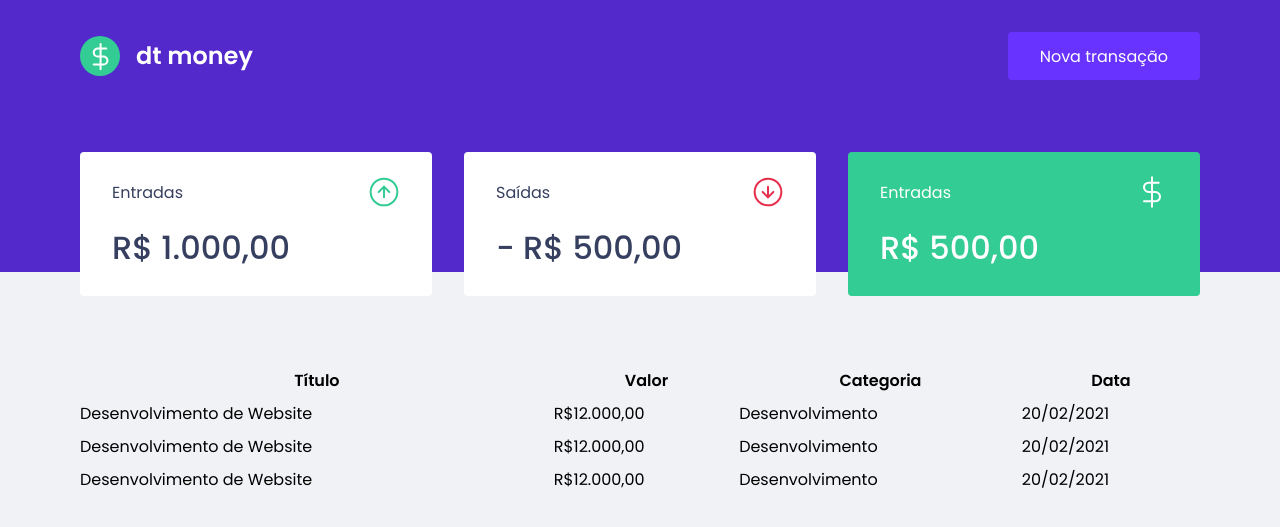
Repository: lucaslopesdevv/dtmoney
Page: /
The author's editor kept a copy of each file at every save. The page is drawn from the files as they stood at one save, then again after the next save.
The browser window is 1280 px wide. The pictures show the whole page.
The project was rebuilt for these pictures with package versions that can differ from the ones it lists, and the page was loaded fresh each time.

Above is the page before, as saved 2021-12-06 22:04:31.

### public/index.html
<!DOCTYPE html>
<html lang="en">
  <head>
    <link rel="preconnect" href="https://fonts.googleapis.com">
    <link rel="preconnect" href="https://fonts.gstatic.com" crossorigin>
    <meta charset="utf-8" />
    <meta name="viewport" content="width=device-width, initial-scale=1" />

<Link rel="shortcut icon" href="favicon.png" type="image/png"/>

    <title>Dtmoney</title>
    <link href="https://fonts.googleapis.com/css2?family=Poppins:wght@400;500;600&family=Roboto:wght@400;700&display=swap" rel="stylesheet">


  </head>
  <body>
    <noscript>You need to enable JavaScript to run this app.</noscript>
    <div id="root"></div>
  </body>
</html>

### src/App.tsx

import { Dashboard } from "./components/Header/Dashboard";
import { Header } from "./components/Header/index";
import { GlobalStyle } from "./styles/global";

export function App() {
  return (
    <>
      <Header />
      <Dashboard />
      <GlobalStyle />
    </>
  );
}

### src/components/Header/Dashboard/index.tsx
import { Summary } from '../../Summary';
import { TransactionsTable } from '../../TransactionsTable';

import { Container } from './styles';


export function Dashboard() {
    return (
        <Container>
            <Summary />
            <TransactionsTable/>
        </Container>
    );
}

### src/components/Header/index.tsx
import logoImg from '../../assets/logo.svg';
import { Container, Content } from './styles';

export function Header() {
    return (
        <Container>
            <Content>
                <img src={logoImg} alt="dt money" />
                <button type="button">
                    Nova transação
                </button>
            </Content>
        </Container>
    )
}

### src/styles/global.ts
import { createGlobalStyle } from 'styled-components';

export const GlobalStyle = createGlobalStyle`
:root {
    --background: #F0F2F5;
    --red: #e52e4d;
    --green: #33cc95;
    --blue: #5429cc;
    --blue-light: #6933ff;

    --text-title: #363f5f;
    --text-body: #969cb3;

    --shape: #ffffff;
}
    *{
        margin: 0;
        padding: 0;
        box-sizing: boder-box;
    }

/*font-size: 16px (Desktop)*/

html {
    @media (max-width: 1080px){
        font-size: 93.75%; /*15px*/
    }

    @media (max-width: 720px){
        font-size: 87.5%; /*14px*/
    }
}

    body {
        background-color: var(--background);
        -webkit-font-smoothing: antialiased;
    }

    body, input, textarea, button {
        font-family: 'Poppins', sans-serif;
        font-weight: 400;
    }

    h1, h2, h3, h4, h5, h6, strong{
        font-weight: 600;
    }

    button{
        cursor: pointer;
    }

    [disabled] {
        opacity: 0.6;
        cursor: not-allowed;
    }


`

### src/components/Summary/index.tsx
import incomeImg from '../../assets/income.svg';
import outcomeImg from '../../assets/outcome.svg';
import totalImg from '../../assets/total.svg';

import { Container } from './styles';

export function Summary() {
    return (
        <Container>
            <div>
                <header>
                    <p>Entradas</p>
                    <img src={incomeImg} alt="Entradas" />
                </header>
                <strong>R$ 1.000,00</strong>
            </div>

            <div>
                <header>
                    <p>Saídas</p>
                    <img src={outcomeImg} alt="Saídas" />
                </header>
                <strong>- R$ 500,00</strong>
            </div>

            <div className="highlight-background">
                <header>
                    <p>Entradas</p>
                    <img src={totalImg} alt="Total" />
                </header>
                <strong>R$ 500,00</strong>
            </div>
        </Container>
    )
}

### src/components/TransactionsTable/index.tsx
import { Container } from "./styles";

export function TransactionsTable(){
    return (
        <Container>
            <table>
                <thead>
                    <tr>
                        <th>Título</th>
                        <th>Valor</th>
                        <th>Categoria</th>
                        <th>Data</th>
                    </tr>
                </thead>
                <tbody>
                    <tr>
                        <td>Desenvolvimento de Website</td>
                        <td>R$12.000,00</td>
                        <td>Desenvolvimento</td>
                        <td>20/02/2021</td>
                    </tr>
                    <tr>
                        <td>Desenvolvimento de Website</td>
                        <td>R$12.000,00</td>
                        <td>Desenvolvimento</td>
                        <td>20/02/2021</td>
                    </tr>
                    <tr>
                        <td>Desenvolvimento de Website</td>
                        <td>R$12.000,00</td>
                        <td>Desenvolvimento</td>
                        <td>20/02/2021</td>
                    </tr>
                </tbody>
            </table>
        </Container>
    );
};

### src/components/Header/Dashboard/styles.ts
import styled from "styled-components";

export const Container = styled.main`

    max-width: 1120px;
    margin: 0 auto;
    padding: 2.5rem 1rem;
`;

### src/components/Header/styles.ts
import styled from 'styled-components';

export const Container = styled.header`
background: var(--blue);

`;

export const Content = styled.div`
    max-width: 1120px;
    margin: 0 auto;

    padding: 2rem 1rem 12rem;
    display: flex;
    align-items: center;
    justify-content: space-between;

button{
    font-size: 1rem;
    color: #FFF;
    background: var(--blue-light);
    border: 0;
    padding: 0 2rem;
    border-radius: 0.25rem;
    height: 3rem;

    transition: filter 0.2s;

    &:hover{
        filter: brightness(0.9);
    }
}
`;

### src/components/Summary/styles.ts
import styled from "styled-components";

export const Container = styled.div`
    display: grid;
    grid-template-columns: repeat(3, 1fr);
    gap: 2rem;
    margin-top: -10rem;

    div {
        background: var(--shape);
        padding: 1.5rem 2rem;
        border-radius: 0.25rem;
        color: var(--text-title);


    header{
        display: flex;
        align-items: center;
        justify-content: space-between;
    }

    strong {
        display: block;
        margin-top: 1rem;
        font-size: 2rem;
        font-weight: 500;
        line-height: 3rem;
    }

    &.highlight-background{
        background: var(--green);
        color: #FFF;
    }
}
`;

### src/components/TransactionsTable/styles.ts
import styled from "styled-components";

export const Container = styled.div`

    margin-top: 4rem;

    table{
        width: 100%;
        border-spacing: 0 0.5rem;
    }

`;

Loaded but not shown: src/index.tsx (common file)

After the next save:
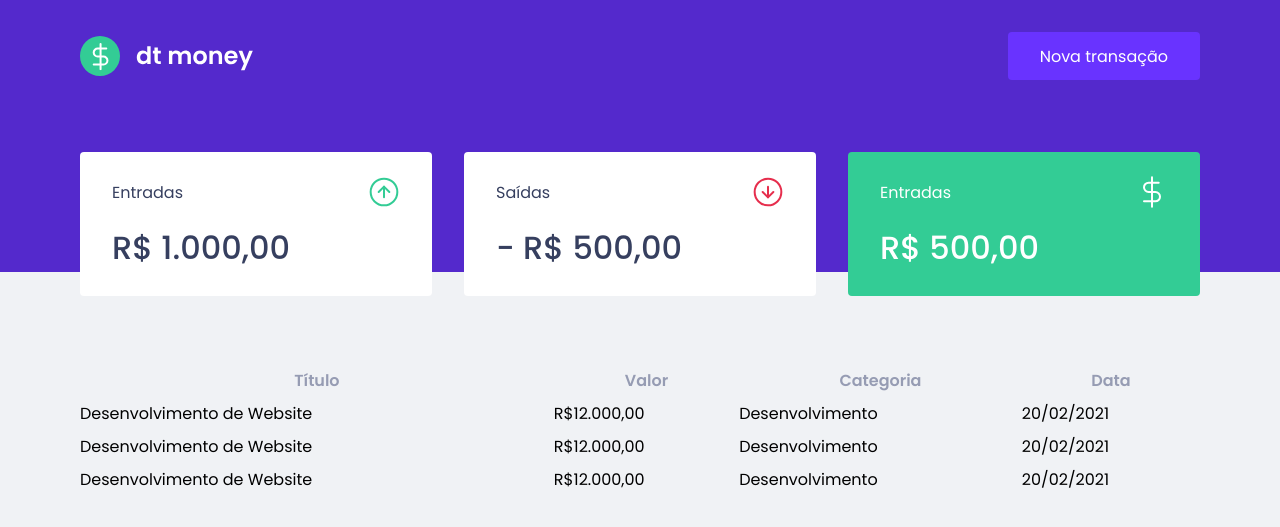
Saved 29 s later.
--- a/src/components/TransactionsTable/styles.ts
+++ b/src/components/TransactionsTable/styles.ts
@@ -9,4 +9,8 @@ export const Container = styled.div`
         border-spacing: 0 0.5rem;
     }
 
+    th{
+        color: var(--text-body);
+    }
+
 `;
